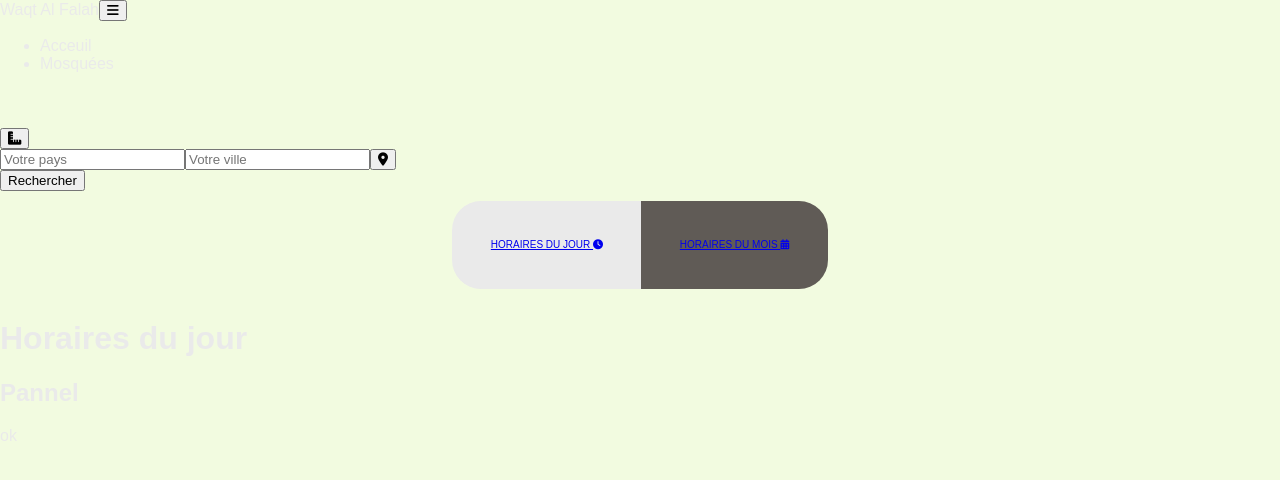
Repository: Lhourquin/Repo-Developpement-React-Prayer-Times
Page: /
These files come from the project's save history. The page is drawn as it stood at one moment and after the next save; the edit follows.
The browser window is 1280 px wide. The pictures show the whole page.
The page's requests for data from a server got no answer. Some web libraries are served in a nearby version. The project was rebuilt for these pictures with package versions that can differ from the ones it lists, and the page was loaded fresh each time. No one was signed in, and anything a server would have sent is missing. Also part of the build but not shown: src/components/navbar/NavBar.css, src/components/search-bar/searchbar.css, src/components/calendar-list/row-list.css, src/components/calendar-list/row-list.component.jsx, src/components/Calendar.js, src/components/day-list/horaireslist.css, src/components/time-table-pannel/pannel.css, src/components/DateNow.js.

Above is the page before, as saved 2022-01-30 17:09:18.

After the next save:
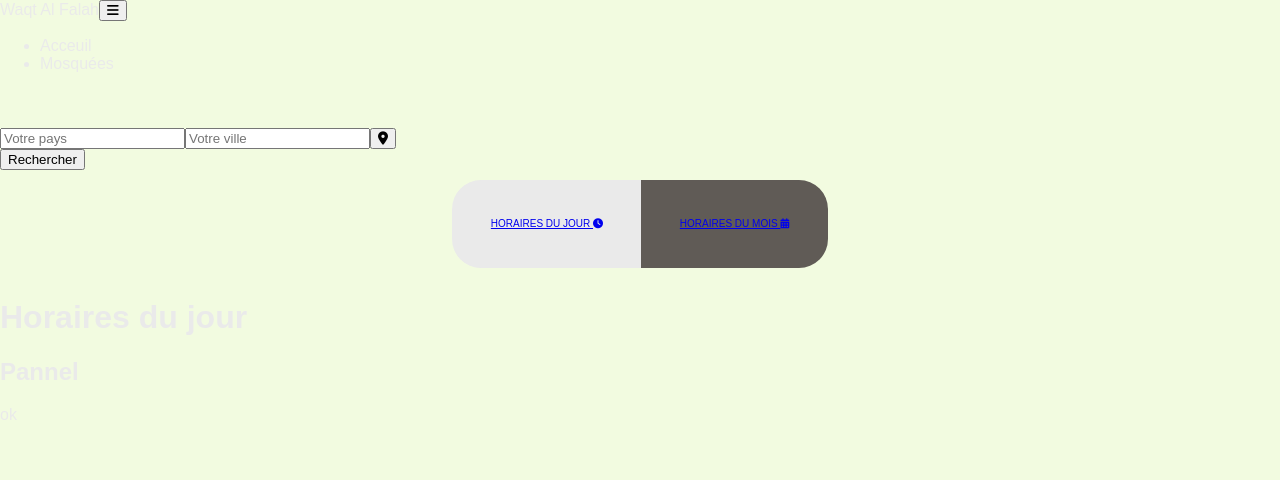
Saved 5 min 47 s later.
--- a/src/components/search-bar/searchbar.component.jsx
+++ b/src/components/search-bar/searchbar.component.jsx
@@ -4,9 +4,11 @@ import "./searchbar.css";
 export const SearchBar = ({ handleChange }) => {
   return (
     <form className="SearchBar__form">
+      {/*
       <div className="SearchBar__form__div--container-parametter-degree">
         <button className="SearchBar__form__div--container__button"><i className="fas fa-ruler-combined"></i></button>
       </div>
+      */}
       <div className="SearchBar__form__div--container-inputCountry-inputCity-localisationButton">
         <input
           className="country"
